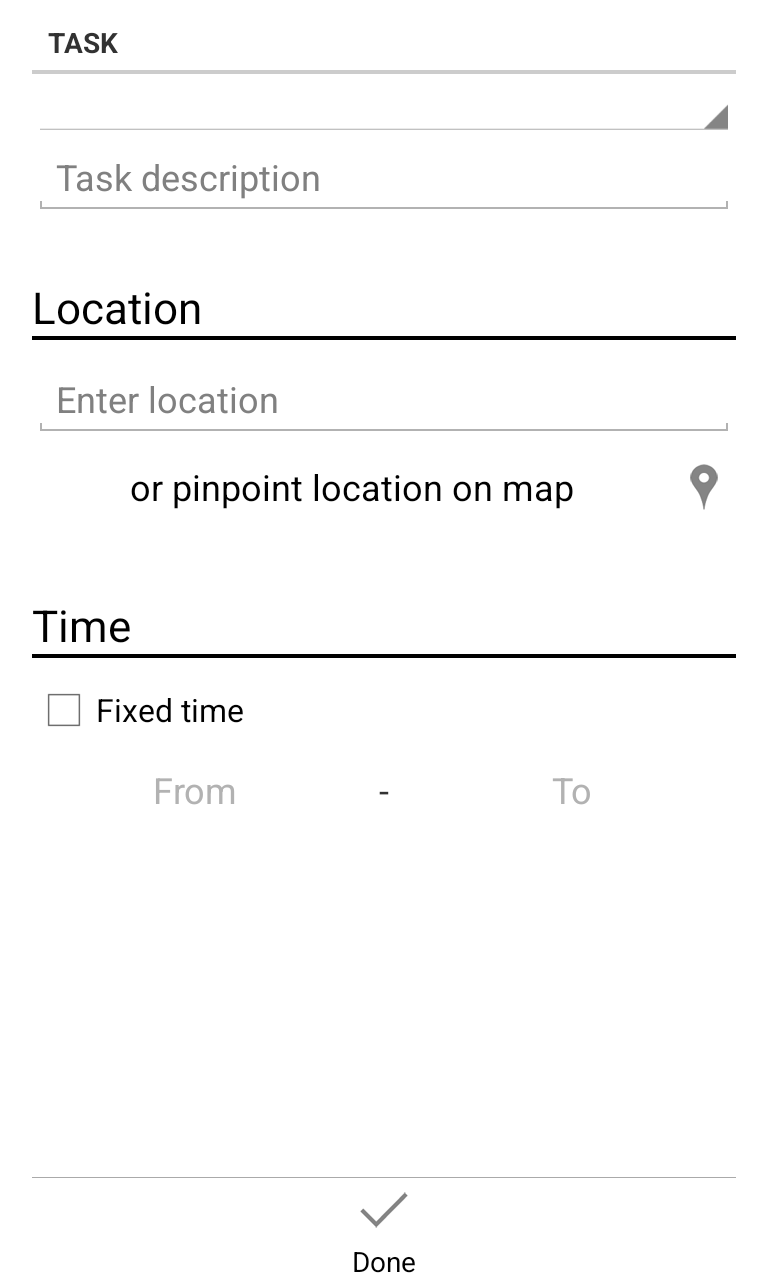
Repository: larserikstrand/IMT4904-Master
Layout: Todoity/res/layout/activity_new_task.xml
The author's editor kept a copy of each file at every save. The layout is drawn from the files as they stood at one save, then again after the next save.
It is drawn on a 768 x 1280 px phone screen (xhdpi) without system bars, with theme android:Theme.Holo.Light; the app's code is not run.

Above is the layout before, as saved 2014-03-14 07:54:49.

After the next save:
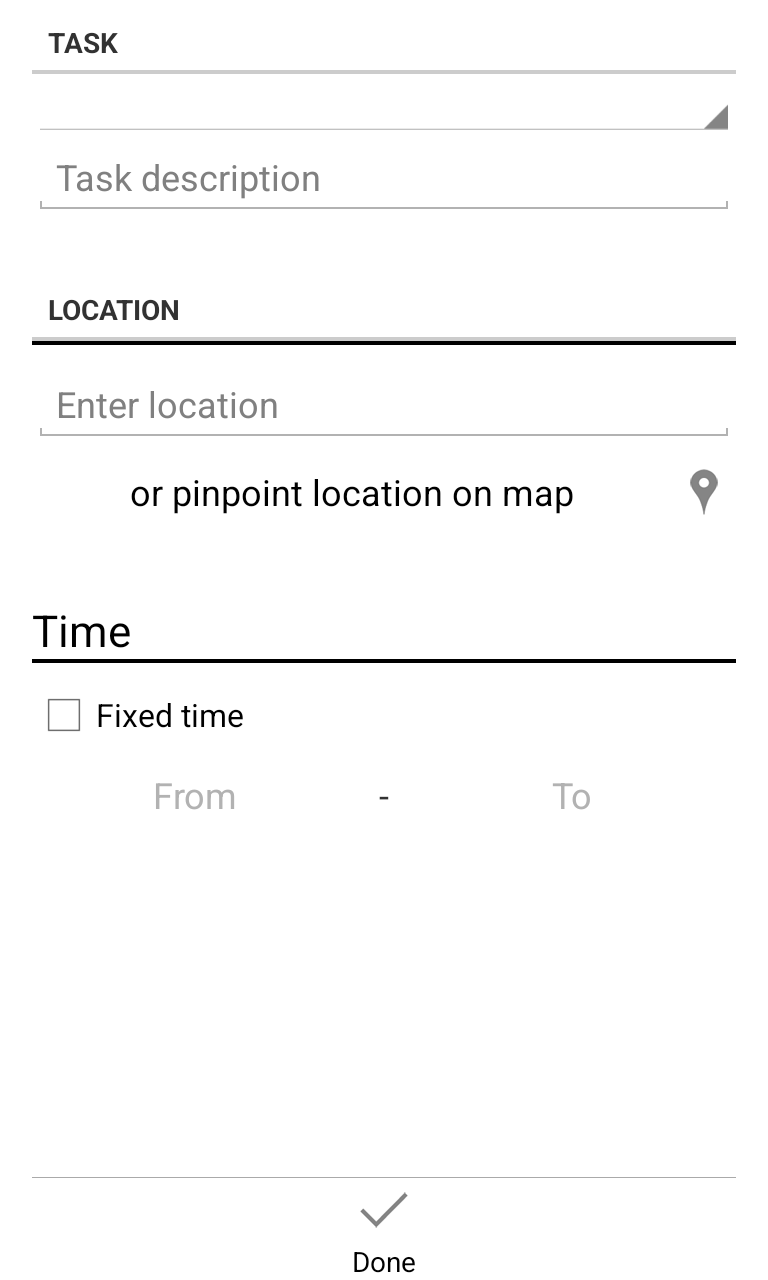
Saved 50 s later.
--- a/Todoity/res/layout/activity_new_task.xml
+++ b/Todoity/res/layout/activity_new_task.xml
@@ -24,10 +24,7 @@
         		android:layout_height="wrap_content"
         		android:layout_marginTop="5dp"
         		android:text="@string/task"
-
         		style="?android:listSeparatorTextViewStyle" />
-
-
 
     		<Spinner android:id="@+id/category_spinner"
         		android:layout_width="match_parent"
@@ -41,11 +38,11 @@
         		android:inputType="textCapSentences" />
 
         	<TextView
-        		android:layout_width="wrap_content"
+        		android:layout_width="match_parent"
         		android:layout_height="wrap_content"
         		android:layout_marginTop="30dp"
         		android:text="@string/location"
-        		android:textAppearance="?android:attr/textAppearanceLarge" />
+        		style="?android:listSeparatorTextViewStyle" />
 
         	<View android:layout_width="match_parent"
         		android:layout_height="2dp"
